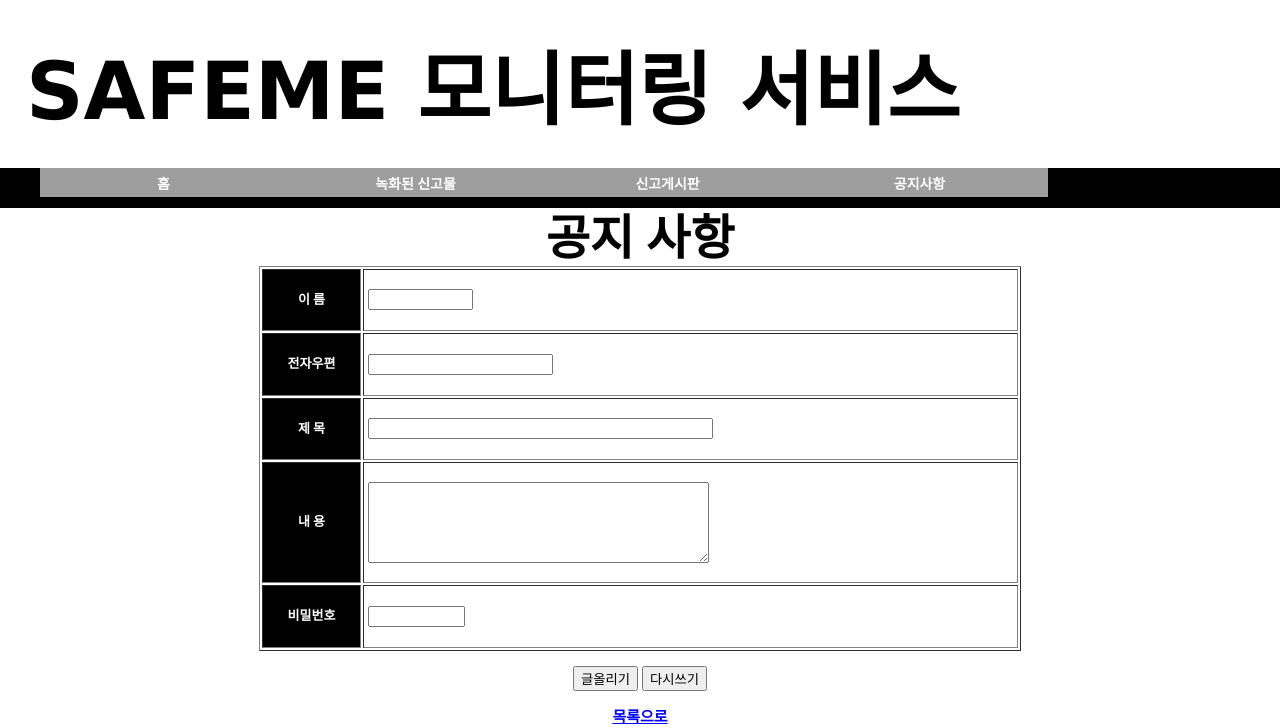
Repository: imdasom/SafeMe
Page: http://localhost/SafeMe/homepage/write1.jsp
The author's editor kept a copy of each file at every save. The page is drawn from the files as they stood at one save, then again after the next save.
The browser window is 1280 px wide. The pictures show the whole page.
Pictures or frames that could not be fetched are drawn as grey boxes. The page is served by Tomcat 9.

Above is the page before, as saved 2015-12-14 09:49:44.

After the next save:
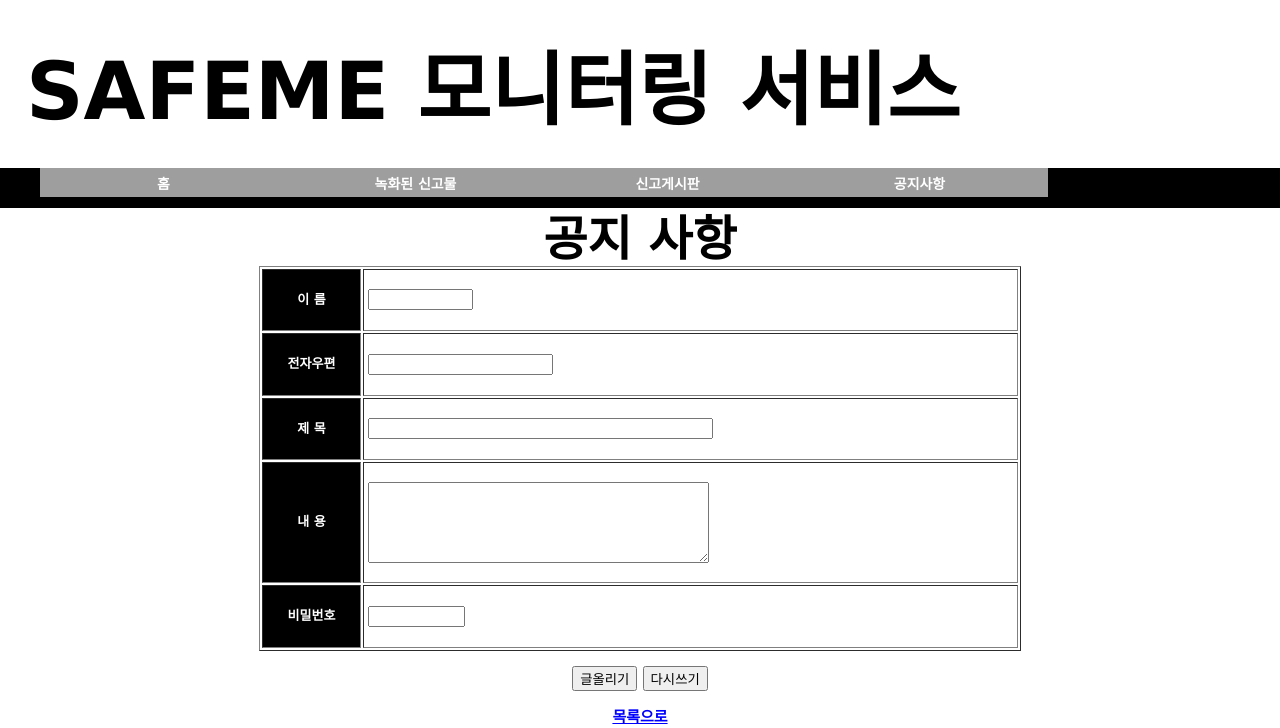
Saved 26 h 38 min later.
--- a/FinalSafeMeWeb/SafeMe/homepage/Home.jsp
+++ b/FinalSafeMeWeb/SafeMe/homepage/Home.jsp
@@ -10,7 +10,7 @@
 body{
 	margin:0;
 	padding:0;
-	font: bold 15px/1.5em '맑은고딕';
+	font: bold 15px/1.5em 맑은 고딕, Verdana, Arial, Helvetica, sans-serif;
 	}
 h2{
 	font: bold 80px 맑은 고딕, Verdana, Arial, Helvetica, sans-serif;
